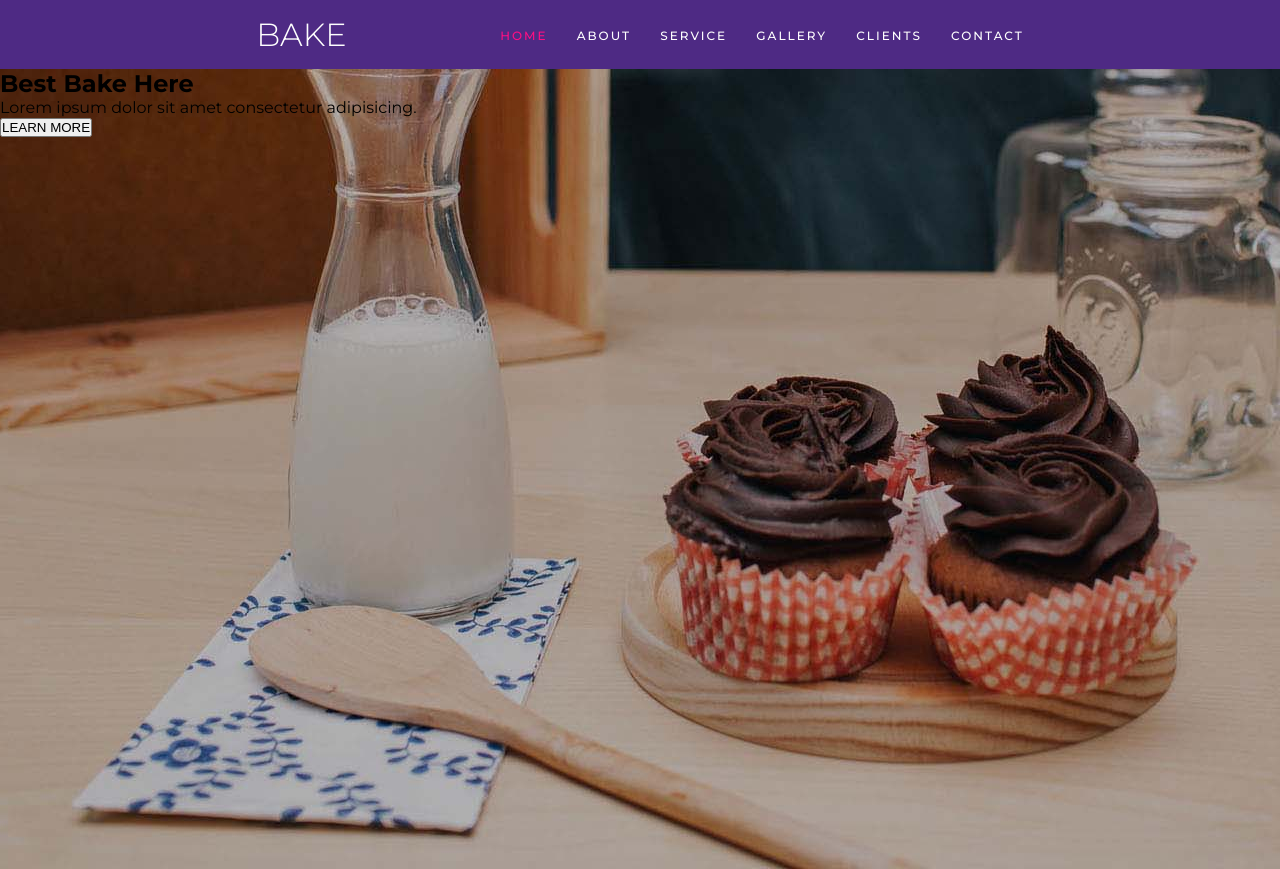
Repository: giahuy405/Bake
Page: index.html
The author's editor kept a copy of each file at every save. The page is drawn from the files as they stood at one save, then again after the next save.
The browser window is 1280 px wide. The pictures show the whole page.

Above is the page before, as saved 2022-09-13 14:41:40.

### index.html
<!DOCTYPE html>
<html lang="en">
<head>
    <meta charset="UTF-8">
    <meta http-equiv="X-UA-Compatible" content="IE=edge">
    <meta name="viewport" content="width=device-width, initial-scale=1.0">
    <title>Document</title>
    <!-- Google Fonts -->
    <link href="https://fonts.googleapis.com/css2?family=Montserrat:wght@300;400;500;700&display=swap" rel="stylesheet">

    <link rel="stylesheet" href="./css/index.css">
</head>
<body>
        <header>
            <div class="header__content">
                <h1>BAKE</h1>
                <nav>
                    <ul>
                        <li><a class="active" href="#">HOME</a></li>
                        <li><a href="#">ABOUT</a></li>
                        <li><a href="#">SERVICE</a></li>
                        <li><a href="#">GALLERY</a></li>
                        <li><a href="#">CLIENTS</a></li>
                        <li><a href="#">CONTACT</a></li>
                    </ul>
                </nav>
            </div>
        </header>
        <section class="carousel">
            <div class="carousel__content">
                <h1>Best Bake Here</h1>
                <p>Lorem ipsum dolor sit amet consectetur adipisicing.</p>
                <button>LEARN MORE</button>
            </div>
        </section>
</body>
</html>

### css/index.css
*{
    padding: 0;
    margin: 0;
    box-sizing: border-box;
}
html{
    font-size: 16px;
    font-family: 'Montserrat', sans-serif;
}
header{
    background-color: #4e2a84;
    color: white;
    padding: 15px 0;
}
header .header__content h1{
    font-weight: 300;
}
nav ul{
    list-style: none;
}
nav li{
    display: inline;
    margin-left: 25px;
}
nav a{
    color: white;
    text-decoration: none;
    font-size: 12px;
    font-weight: 500;
    letter-spacing: 2px;
    transition: all .5s;
}
.header__content{
    display: flex;
    justify-content: space-around;
    align-items: center;
    width: 70%;
    margin: 0 auto;
}
nav ul li .active{
    color: #ff0e83;
}
nav ul li a:hover{
    color: #ff0e83;
}
.carousel{
    background-image: url(../img/b3.jpg);
    height: 800px;
    background-position: center;
    background-size: cover;
}

After the next save:
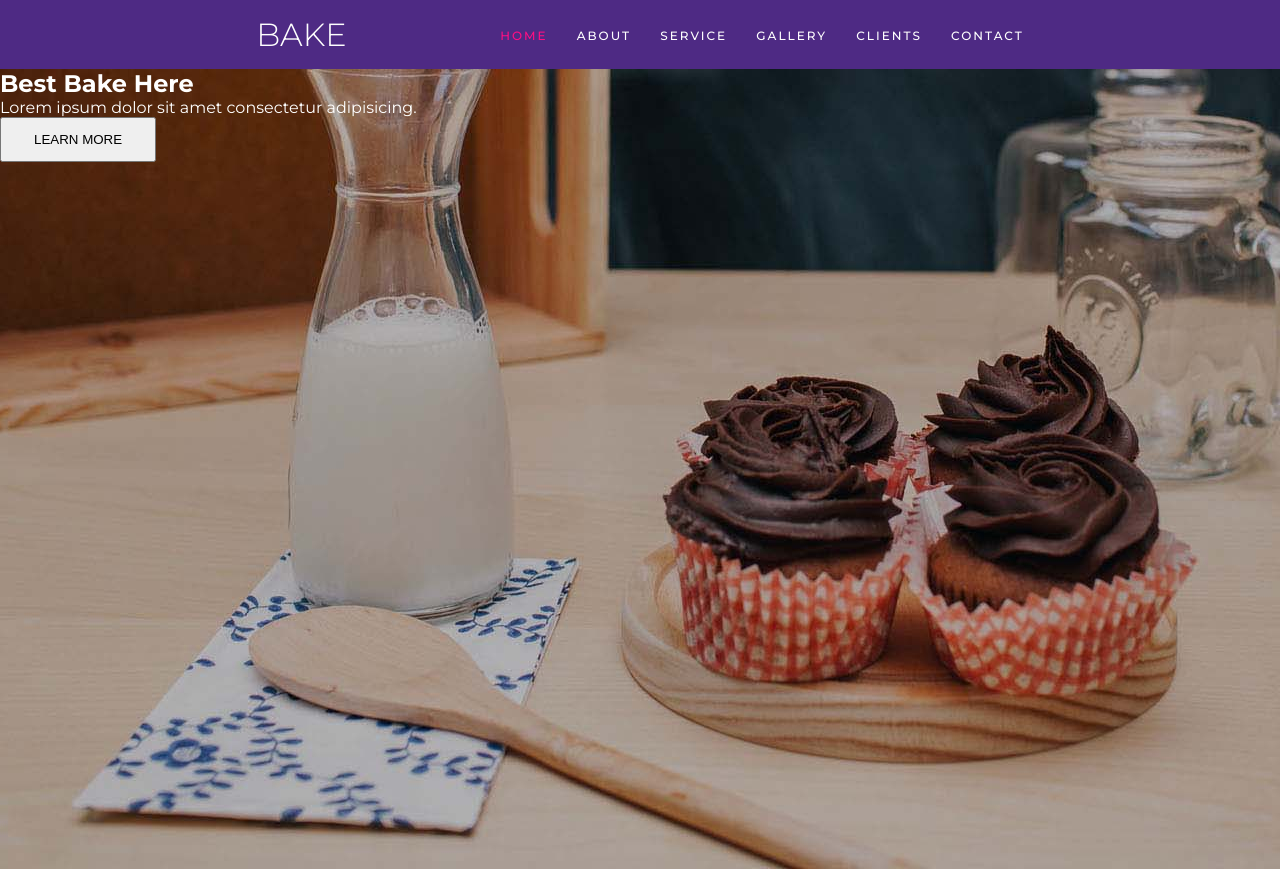
Saved 29 s later.
--- a/css/index.css
+++ b/css/index.css
@@ -48,4 +48,8 @@
     height: 800px;
     background-position: center;
     background-size: cover;
+    color: white;
 }
+button{
+    padding: 13px 32px;
+}
